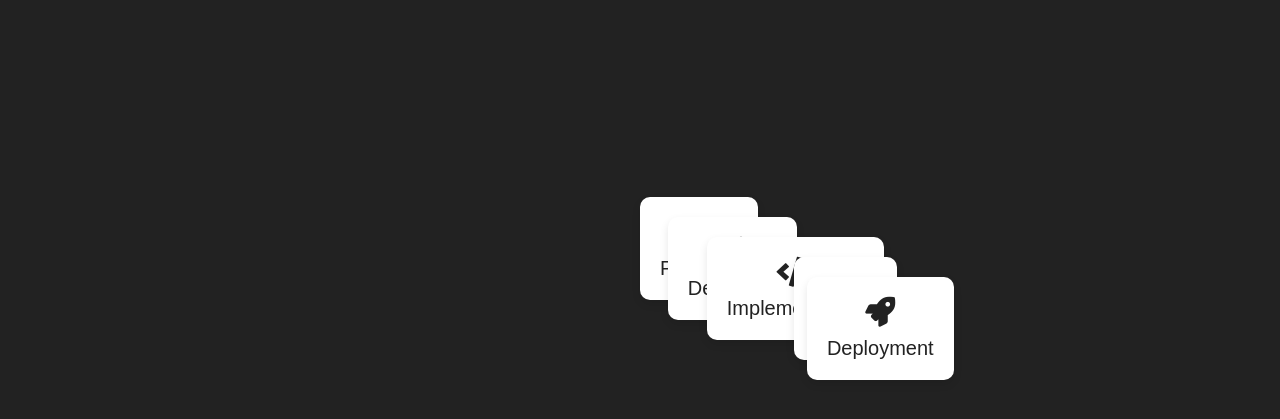
Repository: itsquadian/IT-SQUADIAN
Page: try.html
An editor plug-in stored every save of this project. The page is shown before and after the next save, followed by the edit.
The browser window is 1280 px wide. The pictures show the whole page.

Above is the page before, as saved 2024-04-13 20:23:03.

After the next save:
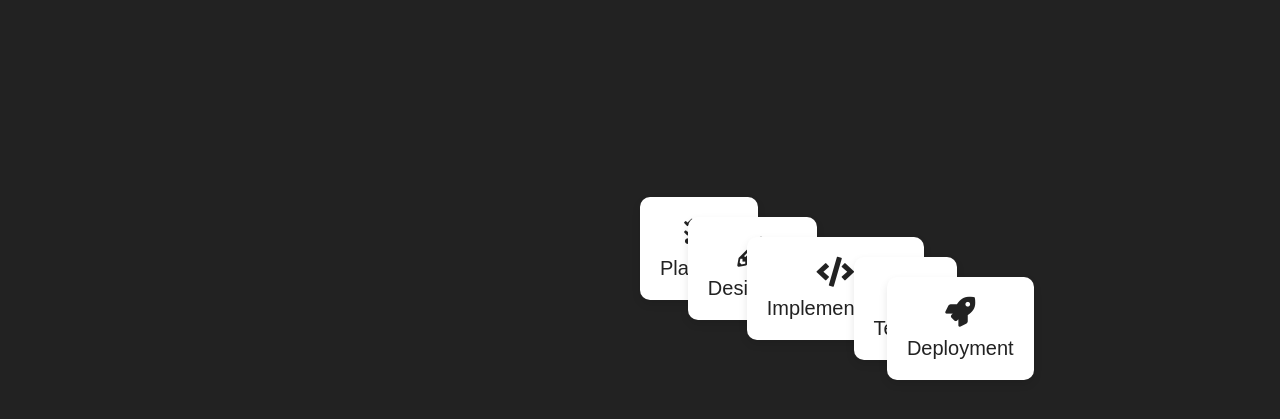
Saved 54 s later.
--- a/try.html
+++ b/try.html
@@ -62,10 +62,10 @@
     }
 
     .step:nth-child(1) { left: 400px; bottom: 80px; }
-    .step:nth-child(2) { left: 310px; bottom: 60px; }
-    .step:nth-child(3) { left: 220px; bottom: 40px; }
-    .step:nth-child(4) { left: 130px; bottom: 20px; }
-    .step:nth-child(5) { left: 40px; bottom: 0; }
+    .step:nth-child(2) { left: 330px; bottom: 60px; }
+    .step:nth-child(3) { left: 260px; bottom: 40px; }
+    .step:nth-child(4) { left: 190px; bottom: 20px; }
+    .step:nth-child(5) { left: 120px; bottom: 0; }
 </style>
 </head>
 <body>
